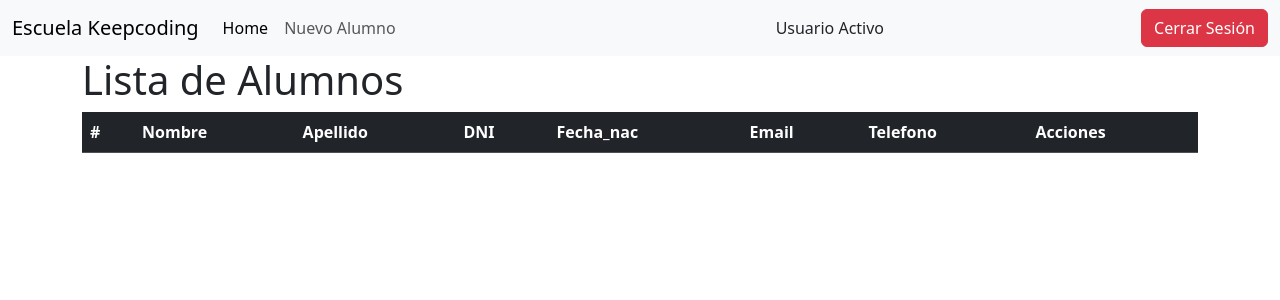
Repository: ChusmiPalos/EscuelaKeepcoding
Page: http://localhost/menu
An editor plug-in stored every save of this project. The page is shown before and after the next save, followed by the edit.
The browser window is 1280 px wide. The pictures show the whole page.
The page is this project's Thymeleaf template; nobody is signed in. The template is opened directly, without the code that normally fills it, so the values that code supplies are empty.

Above is the page before, as saved 2024-07-06 22:11:40.

After the next save:
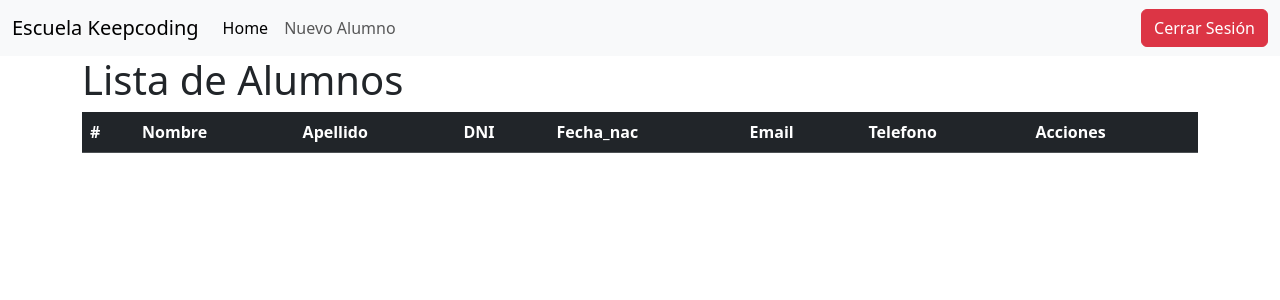
Saved 5 min 38 s later.
--- a/app-web-escuela/src/main/resources/templates/menu.html
+++ b/app-web-escuela/src/main/resources/templates/menu.html
@@ -28,8 +28,8 @@
 						th:href=@{/alumno/new}>Nuevo Alumno</a></li>
 				</ul>
 			</div>
-			<label for="username_activo">Usuario Activo</label>
-			<input type="text" class="btn btn-default" id="username_activo" readonly>
+			<!-- <label for="username_activo">Usuario Activo</label>
+			<input type="text" class="btn btn-default" id="username_activo" readonly> -->
 			<a class="btn btn-danger" th:href=@{/login}>Cerrar Sesión</a>
 		</div>
 	</nav>
